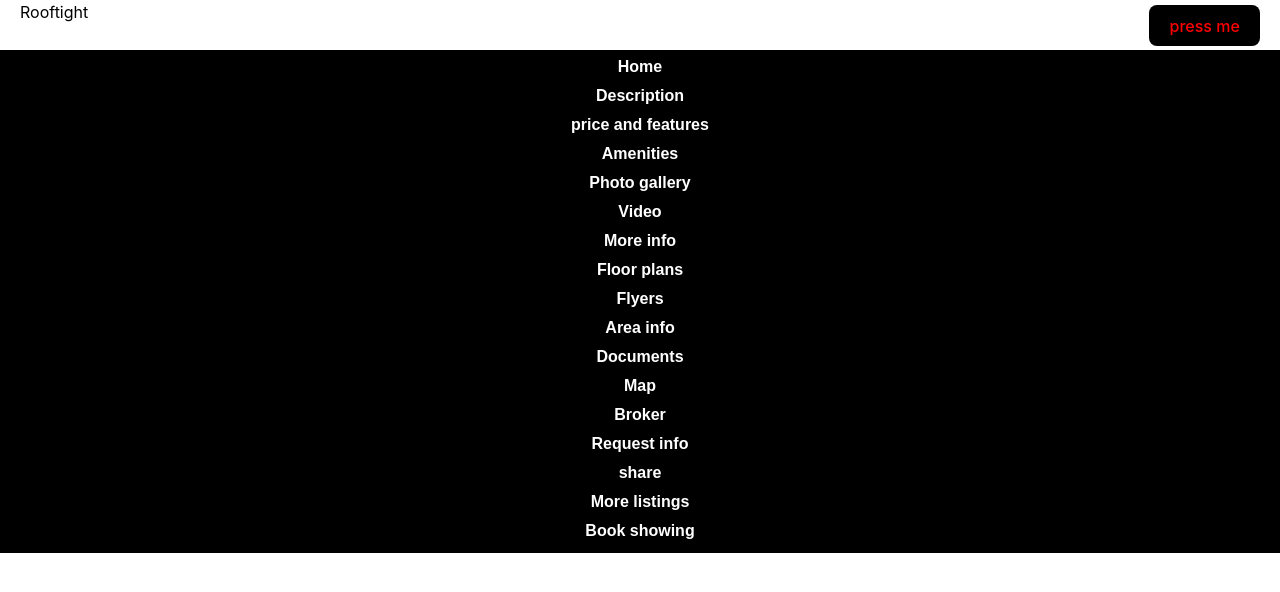
Repository: TMuse333/real-estate-landingpage
Page: /
An editor plug-in stored every save of this project. The page is shown before and after a run of saves, followed by the edit.
The browser window is 1280 px wide. The pictures show the whole page.
The project was rebuilt for these pictures with package versions that can differ from the ones it lists, and the page was loaded fresh each time. Also part of the build but not shown: vite.config.js.

Above is the page before, as saved 2023-09-19 16:45:06.

### src/App.jsx
import { useState } from 'react'

import './App.css'

import Navbar from './components/navbar'

function App() {


  return (
    <>
    <Navbar/>
    </>
  )
}

export default App

### src/App.css
.header-container{
  display: flex;
  justify-content: space-between;
  align-items: center;
  width: 100vw;
  position: fixed;
  top:0px;
  background-color: white;
  height: 40px;
 }

  .nav-list{

  list-style: none;
padding: 0;
  padding-bottom: 10px;
  margin: 0;

position: absolute;
top:50px;
background-color: black;
width: 100vw;
  color: white;

}

.nav-list li{
  margin-top: 5px;
 font-family: Arial, Helvetica, sans-serif;
  font-weight: bold;
}

.list-container {
  position: absolute;
  top:0px;
  display: flex;
  flex-direction: column;
  align-items: center;
  text-align: center;
  color: black;
  background-color:white;
  height:50px;
  width: 100vw;
}

.nav-button{
position: relative;
  background-color: black;
z-index: 100;
  color: red;
  position: absolute;
  right:20px;
  top:5px;

}

.title{
  position: absolute;
  left:20px
}

/* @media screen and (min-width: 415px) and (min-height: 415px){
  .header-container{
    display: flex;
    justify-content: space-between;
    align-items: center;
    width: 100vw;
    position: fixed;
    top: 50px;
    background: linear-gradient(to right, #F4A460, #FF8C00);
height: max-content;
gap:10px;
   }

   .list-container {
    position: absolute;
    display: flex;
 flex-wrap: wrap;
    justify-content:space-around;
    left: 50%;
    transform: translateX(-50%);
    width: 80%;
    margin-bottom:100px;
  }

  .nav-list{
    display: flex;


    width: 100%;
  }

  .nav-button{
    display: none;
  }

  } */

### src/components/navbar.jsx
import React, { useState,useEffect } from 'react';




const Navbar = () => {
  const [subMenuVisible, setSubMenuVisible] = useState(false);

  const toggleSubMenu = () => {
    setSubMenuVisible(!subMenuVisible);
  };

  const scrollToSection = (sectionId) => {

    const element = document.getElementById(sectionId);
    if (element) {

      element.scrollIntoView({
        behavior: 'smooth', // Smooth scrolling
        block: 'start',    // Scroll to the top of the element
      });
    }
  }

  useEffect(() => {
    // Function to update sub-menu visibility when the screen width changes
    const handleResize = () => {
      const screenWidth = window.innerWidth;
      setSubMenuVisible(screenWidth >= 415); // Set subMenuVisible to true if screen width is at least 415 pixels
    };

    // Add a resize event listener to update the sub-menu visibility
    window.addEventListener('resize', handleResize);

    // Initial call to set sub-menu visibility based on current screen width
    handleResize();

    // Clean up the event listener when the component unmounts
    return () => {
      window.removeEventListener('resize', handleResize);
    };
  }, []);

  const style = {

    opacity: subMenuVisible ? 1 : 0
    ,

  };

  return (


      <div className='list-container'>

        <div className='title'>Rooftight</div>
        <button onClick={toggleSubMenu} className='nav-button'>
          press me
        </button>
        <ul style={style} className='nav-list'>

          <li onClick={()=>scrollToSection('about')}>Home</li>

          <li onClick={()=>scrollToSection('description')}>Description</li>

          <li onClick={()=>scrollToSection('price')}>price and features</li>

          <li onClick={()=>scrollToSection('amenities')}>Amenities</li>

          <li onClick={()=>scrollToSection('photo-gallery')}>Photo gallery</li>

          <li onClick={()=>scrollToSection('video')}>Video</li>

          <li onClick={()=>scrollToSection('more-info')}>More info</li>

          <li onClick={()=>scrollToSection('floor-plans')}>Floor plans</li>

          <li onClick={()=>scrollToSection('flyers')}>Flyers</li>

          <li onClick={()=>scrollToSection('area-info')}>Area info</li>

          <li onClick={()=>scrollToSection('document')}>Documents</li>

          <li onClick={()=>scrollToSection('map')}>Map</li>

          <li onClick={()=>scrollToSection('broker')}>Broker</li>

          <li onClick={()=>scrollToSection('request-info')}>Request info</li>

          <li onClick={()=>scrollToSection('share')}>share</li>

          <li onClick={()=>scrollToSection('more-listings')}>More listings</li>

          <li onClick={()=>scrollToSection('book-showing')}>Book showing</li>





        </ul>
      </div>

  );
};

export default Navbar;

Loaded but not shown: index.html (common file); src/main.jsx (common file); src/index.css (common file)

After the next 4 saves:
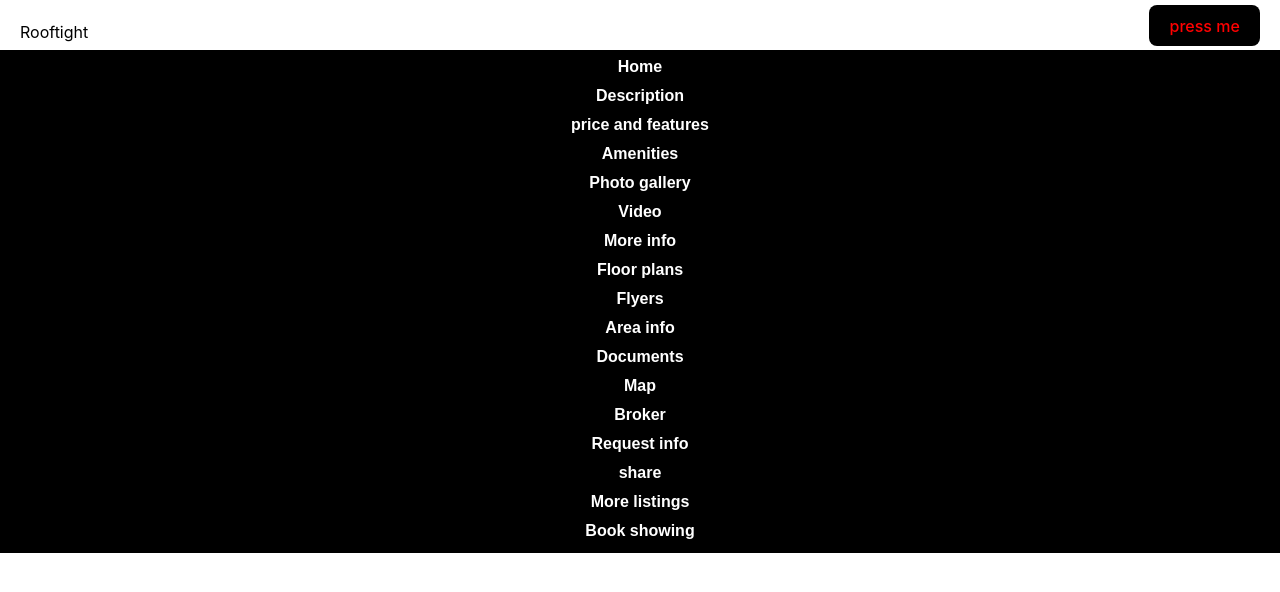
The 4 saves are shown as one change because they came seconds apart.
The last was saved 14 s later.
--- a/src/App.css
+++ b/src/App.css
@@ -56,7 +56,8 @@ z-index: 100;
 
 .title{
   position: absolute;
-  left:20px
+  left:20px;
+  top:20px;
 }
 
 /* @media screen and (min-width: 415px) and (min-height: 415px){
